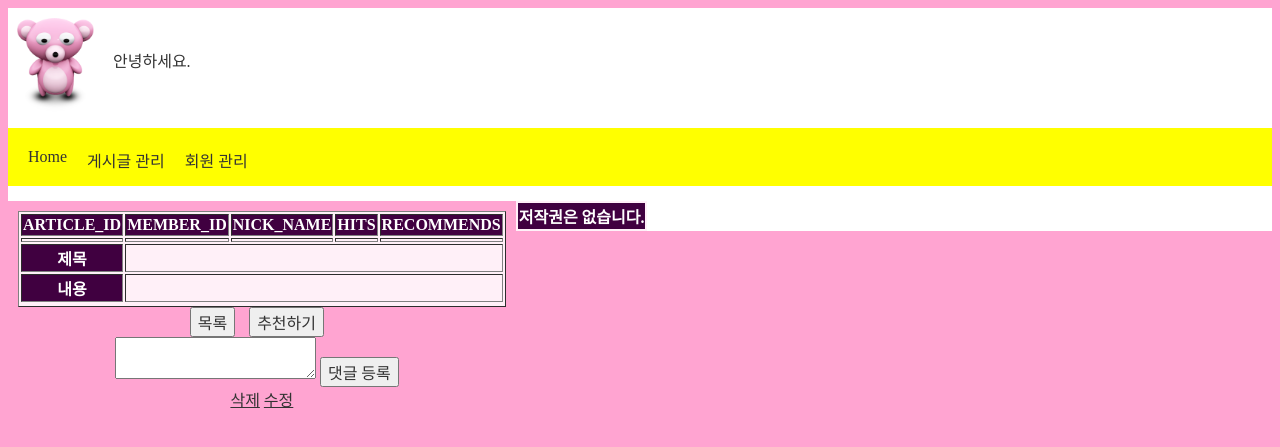
Repository: BaekJiGyeong/JSP_web
Page: http://localhost/Article-admin/WEB-INF/view/article/detail.jsp
The author's editor kept a copy of each file at every save. The page is drawn from the files as they stood at one save, then again after the next save.
The browser window is 1280 px wide. The pictures show the whole page.
The page is served by Tomcat 9. Nobody is signed in. Other server files are loaded and not shown. The template is opened directly, without the code that normally fills it, so the values that code supplies are empty.

Above is the page before, as saved 2016-03-16 01:44:49.

### Article-admin/WebContent/WEB-INF/view/article/detail.jsp
<%@ page language="java" contentType="text/html; charset=UTF-8"
    pageEncoding="UTF-8"%>
<%@ taglib prefix="c" uri="http://java.sun.com/jsp/jstl/core" %>
<jsp:include page="/WEB-INF/view/common/header.jsp"></jsp:include>
<!DOCTYPE html>
<html>
<head>
<meta http-equiv="Content-Type" content="text/html; charset=UTF-8">
<title>Insert title here</title>
<script type="text/javascript" src="/resource/js/jquery-1.12.1.js"></script>
<script type="text/javascript">


	$(document).ready( function() {

		$(".hide").hide();

		$("#list").click( function() {
			location.href = "<c:url value="/list"/>";
		} );

		$("#btnRecommends").click(function(){
	         location.href = '<c:url value="/recommends?articleId=${article.articleId}" />';
	      });

	      $("#writeReplyBtn").click(function(){
	         var form = $("#writeReplyForm");

	         form.attr("method", "POST");
	         form.attr("action", "<c:url value="/doWriteReply"/>");

	         form.submit();
	      });
	      $("body").on("click", "#writeReplyBtn", function(){
		         var form = $("#writeReplyForm");

		         form.attr("method", "POST");
		         form.attr("action", "<c:url value="/doWriteReply"/>");

		         form.submit();
		     });

	      $(".writeReReply").click(function(){
	    	 var table = $(this).parent().parent().parent();
	    	 console.log(table.text());

	    	 var groupId = table.children(":eq(1)").children(":eq(0)").html();
	         var parentReplyId = table.children(":eq(1)").children(":eq(1)").html();
	         var depth = table.children(":eq(2)").children(":eq(0)").html();
	         var orderNo = table.children(":eq(2)").children(":eq(1)").html();
	         var replyId = table.children(":eq(3)").children(":eq(0)").html();

	         depth = parseInt(depth);

	    	 $("#depth").val(parseInt(depth)+1);
	    	 $("#parentReplyId").val(replyId);
	    	 $("#groupId").val(groupId);
	    	 $("#orderNo").val(orderNo);
	    	 $("#replyId").val(replyId);

	    	 var form = $("#formWrapper").html();
	    	 $("#formWrapper").detach();

	    	 if (form == undefined ) {
	    		 $(".formAppender").each(function(index, data){
	    			 if (data.innerHTML != ""){
	    				 form = data.innerHTML;
	    			 }
	    		 });
	    		 $(".formAppender").html("");
	    	 }

	    	 var formAppender =table.parent().parent().children(":eq(1)");
	    	 formAppender.html(form);
	    	 formAppender.show();

	      });
	} );
</script>
</head>


<body>
<div id="listcss" align="center">
<table border="1">
	<tr>
		<th>ARTICLE_ID</th>
		<th>MEMBER_ID</th>
		<th>NICK_NAME</th>
		<th>HITS</th>
		<th>RECOMMENDS</th>
	</tr>
	<tr>
		<td>${ article.articleId }</td>
		<td>${ article.memberId }</td>
		<td>${ article.nickName }</td>
		<td>${ article.hits }</td>
		<td>${ article.recommends }</td>
	</tr>
		<th>제목</th>
		<td colspan="5">${article.title}</td>
	<tr>
		<th>내용</th>
		<td colspan="5">${article.descript}</td>
	</tr>

	<tr>
		<c:forEach items ="${article.fileList}" var="file">
			<td colspan="6">
				<a href = "<c:url value="/download?fileId=${file.fileId}&articleId=${article.articleId}"/>">
					${file.fileName}
				</a>
			</td>
		</c:forEach>
	</tr>
</table>

<input type = "button" id="list" value= "목록" />
<input type = "button" id="btnRecommends" value= "추천하기" />

<br/>

${ sessionScope._MEMBER_.memberId }
${ sessionScope._MEMBER_.nickName }
${ sessionScope._MEMBER_.password }
${ sessionScope._MEMBER_.email }


<div id="formWrapper">
<form id="writeReplyForm">
	<input type="hidden" id="articleId" name="articleId" value="${article.articleId }"/>
	<input type="hidden" id="depth" name="depth" value="0"/>
	<input type="hidden" id="replyId" name="replyId" value="0"/>
	<input type="hidden" id="parentReplyId" name="parentReplyId" value="0"/>
	<input type="hidden" id="groupId" name="groupId" value="0"/>
	<input type="hidden" id="orderNo" name="orderNo" value="0"/>
	<textarea id="description" name="description"></textarea>
	<input type="button" id="writeReplyBtn"value="댓글 등록"/>

</form>
</div>

<div id="reply">
   <c:forEach items="${article.replyList}" var="reply">
      <div style="padding-left: ${reply.depth * 20}px">
      <table border="1" width="100%">
         <tr>
            <td width="5%" class="hide"> ${reply.nickName} </td>
            <td> ${reply.description} <br/>

               <span class="writeReReply" style="cursor: pointer"><b>댓글달기</b></span>

            </td>
         </tr>
         <tr class="hide">
            <td class="groupId">${reply.groupId}</td>
            <td class="parentReplyId">${reply.parentReplyId}</td>
         </tr>
         <tr class="hide">
            <td class="depth">${reply.depth}</td>
            <td class="orderNo">${reply.orderNo}</td>
         </tr>
         <tr class="hide">
            <td colspan="2" class="replyId">${reply.replyId}</td>

         </tr>

      </table>
      <div class="hide formAppender"></div>
      </div>
   </c:forEach>
</div>

<c:set var="loginId" value="${sessionScope._MEMBER_.memberId}"/>
<c:set var="isAdmin" value="${sessionScope._MEMBER_.isAdmin()}"/>
<c:if test="${ loginId eq article.memberId || isAdmin}">
<a href="<c:url value="/delete?articleId=${article.articleId }"/>">삭제</a>
<a href="<c:url value="/modify?articleId=${article.articleId }"/>">수정</a>
</c:if>
</div>
</body>
</html>
<jsp:include page="/WEB-INF/view/common/footer.jsp"></jsp:include>

### Article-admin/WebContent/WEB-INF/view/common/header.jsp
<%@ page language="java" contentType="text/html; charset=UTF-8"
    pageEncoding="UTF-8"%>
<%@ taglib prefix="c" uri="http://java.sun.com/jsp/jstl/core" %>
<!DOCTYPE html>
<html>
<head>
<meta http-equiv="Content-Type" content="text/html; charset=UTF-8">
<link rel="stylesheet" type="text/css" href="<c:url value="/resource/css/header.css"/>"/>
<link rel="stylesheet" type="text/css" href="<c:url value="/resource/css/login.css"/>"/>
<script type="text/javascript" src="<c:url value="/resource/js/jquery-1.12.1.js"/>"></script>


<title>관리자페이지</title>
</head>
<body>

	<div id="wrapper">

		<div id="header">


			<a href="<c:url value="/list"/>"><img src="<c:url value= "/resource/img/icon.png"/>"></a> <div>안녕하세요.</div>

		</div>
		<div class="clear"></div>
		<jsp:include page="/WEB-INF/view/common/topMenu.jsp"></jsp:include>
		<div class="clear"></div>

### Article-admin/WebContent/WEB-INF/view/common/topMenu.jsp
<%@ page language="java" contentType="text/html; charset=UTF-8"
    pageEncoding="UTF-8"%>

<%@ taglib prefix="c" uri="http://java.sun.com/jsp/jstl/core"%>

<script type="text/javascript">

$(document).ready(function(){

	$("#manageMember").click(function(){
		location.href = "<c:url value="/memberManage"/>";
	});

});
</script>

<div id="topNavi">
	<ul id="topMenu">
		<li>Home</li>
		<li>게시글 관리</li>
		<li id="manageMember">회원 관리</li>
	</ul>
</div>

### Article-admin/WebContent/WEB-INF/view/common/footer.jsp
<%@ page language="java" contentType="text/html; charset=UTF-8"
    pageEncoding="UTF-8"%>

<div>
<table>
<th>저작권은 없습니다.</th>
</table>
</div>

</html>

### Article-admin/WebContent/resource/css/header.css
@CHARSET "UTF-8";

body, input, div, span, p, a, td, th, caption, lable, h1, h2, h3, h4, h5, h6, textarea, iframe, ul, al, li, dd, dt, b, u, i, strong, pre, code, address, city, header, aside{
	color:#333333;
	font-family: "나눔바른고딕", "나눔고딕", "돋움체";
	font-size: 12pt;

}

table {
	background-color: #fff0f8;

}


img {
	/* 이미지 주변의 파란 줄 제거 */
	border: none;
}


body {
	background-color: #ffa4d1;
}

input {
	margin-right: 10px;
}
th {
	background-color: #400040;
	color:#ffffff;
}

div#wrapper {
	width: 100%;
	background-color: #FFFFFF;
}

div#header img {
	width: 95px;
	height: 95px;
	float: left;
	margin-top :10px;
	margin-right: 10px;
}

div#header div {
	padding-top: 40px;
	float: left;
}

div#listcss {
	float:left;
	background-color: #ffa4d1;
	padding : 10px;
}
div#reply{
	width: 50%;
}
ul#topMenu li{
	margin-left:20px;
	float:left;
	cursor: pointer;
}
ul#topMenu li:FIRST-CHILD{
	margin-left:0px;

}

div#topNavi ul#topMenu{
	list-style:none;
	display: inline;
	margin-left: 30px;
}
div#topNavi{
	padding-left: 20px;
	padding-top: 20px;
	padding-bottom: 20px;
	margin-top: 15px;
	margin-bottom: 15px;
	background-color: #ffff00;
}
div#leftMenu{
	float:left;
	width: 250px;
	height: 100%;
	padding: 15px;
	margin-right: 10px;
	background-color: #ffff00;


}
div#leftMenu ul{
	list-syle : none;
	display: inline;
}
div#leftMenu ul ui{
	padding-top:5px;
	padding-bottom:5px;
}
div#leftMenu ul ui:FIRST-CHILD{
	padding-top:0px;
}
div.clear{
	clear: both;
}

### Article-admin/WebContent/resource/css/login.css
@CHARSET "UTF-8";


#btnLogin{
	height:40px;
	float:right;
	margin-right:10px;
}
#btnJoin{
	height:40px;
	float:right;
	margin-right:10px;

}


div#login {
	text-align:right;
}


div#login input{
	margin-bottom:10px;
	float:right;
}

### Article-admin/WebContent/WEB-INF/view/article/leftMenu.jsp
<%@ page language="java" contentType="text/html; charset=UTF-8"
    pageEncoding="UTF-8"%>
<%@ taglib prefix="c" uri="http://java.sun.com/jsp/jstl/core" %>
<div id="leftMenu">
	<ul>
		<li>최근에 등록된 게시글 보기</li>
		<li>차단된 사용자가 등록한 게시글 보기</li>
		<li>차단된 게시글 보기</li>
		<li>신고가 접수된 게시글 보기</li>
		<li>
			<a href="<c:url value="/list"/>">전체 게시글 보기</a>
		</li>
	</ul>
</div>

Loaded but not shown: Article-admin/WebContent/resource/js/jquery-1.12.1.js (library)

After the next save:
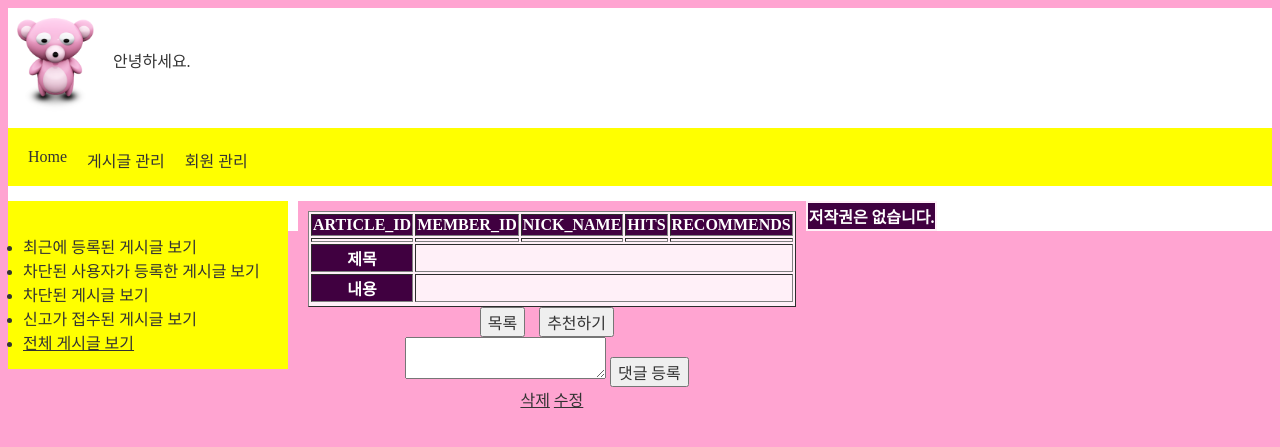
Saved 47 s later.
--- a/Article-admin/WebContent/WEB-INF/view/article/detail.jsp
+++ b/Article-admin/WebContent/WEB-INF/view/article/detail.jsp
@@ -2,6 +2,7 @@
     pageEncoding="UTF-8"%>
 <%@ taglib prefix="c" uri="http://java.sun.com/jsp/jstl/core" %>
 <jsp:include page="/WEB-INF/view/common/header.jsp"></jsp:include>
+<jsp:include page="/WEB-INF/view/article/leftMenu.jsp"></jsp:include>
 <!DOCTYPE html>
 <html>
 <head>
